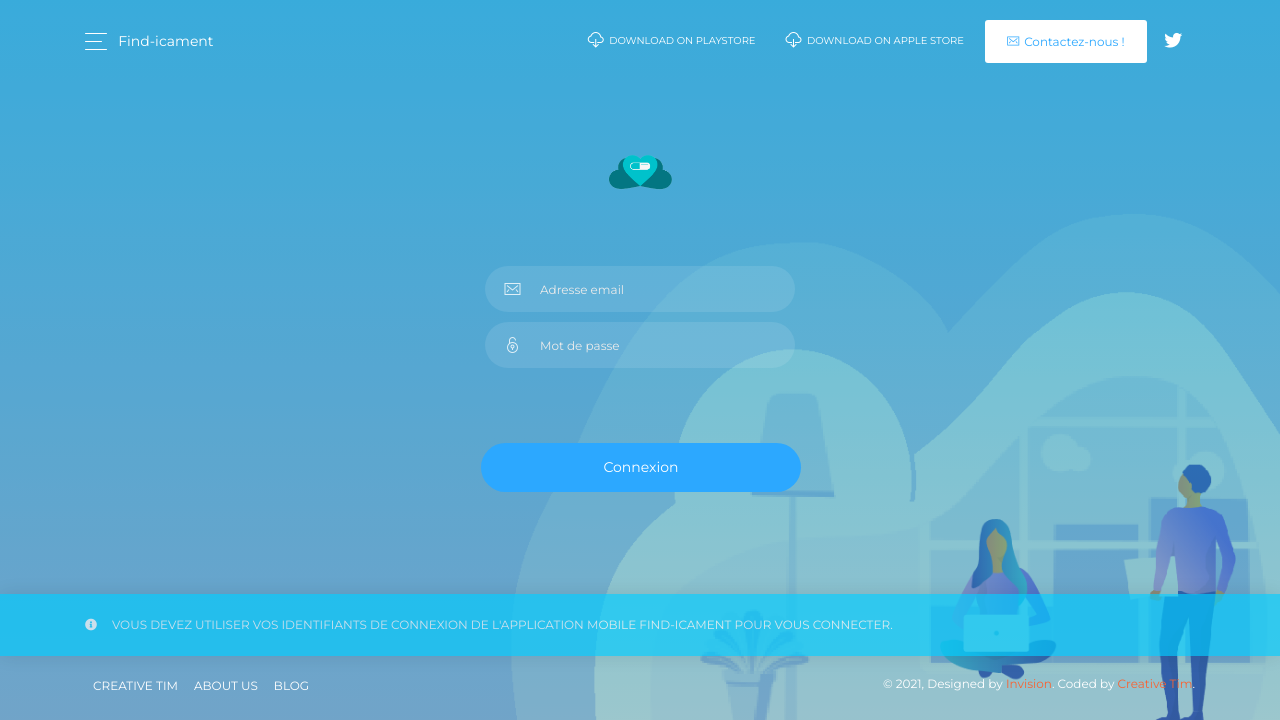
Repository: sdeschaepmeester/samanthawebsite
Page: /login-page
These files come from the project's save history. The page is drawn as it stood at one moment and after the next save; the edit follows.
The browser window is 1280 px wide. The pictures show the whole page.
The project was rebuilt for these pictures with package versions that can differ from the ones it lists, and the page was loaded fresh each time. Also part of the build but not shown: src/assets/demo/nucleo-icons-page-styles.css, src/components/Navbars/IndexNavbar.js, src/components/Headers/IndexHeader.js, src/components/Footers/DarkFooter.js, src/views/index-sections/Images.js, src/views/index-sections/Introduction.js, src/views/index-sections/BasicElements.js, src/views/index-sections/Navbars.js and 20 more.

Above is the page before, as saved 2021-06-01 11:55:35.

After the next save:
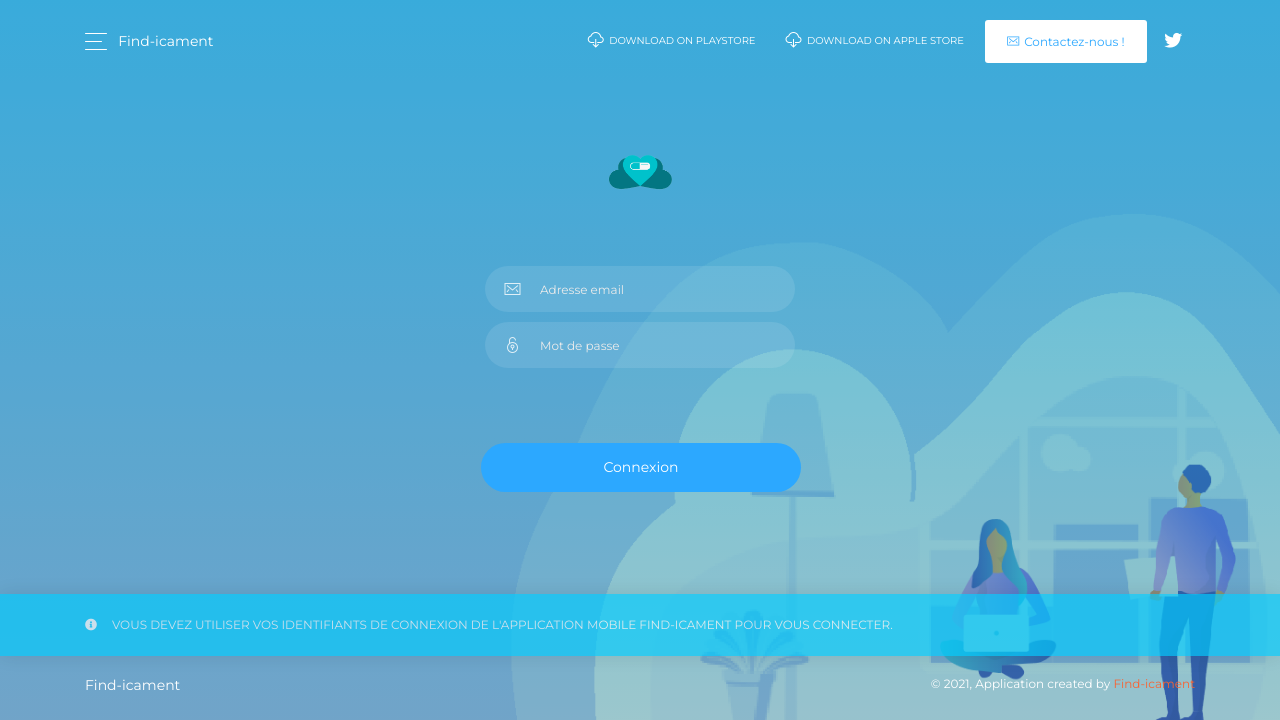
Saved 13 min 35 s later.
--- a/src/components/Footers/TransparentFooter.js
+++ b/src/components/Footers/TransparentFooter.js
@@ -11,47 +11,18 @@ function TransparentFooter() {
         <nav>
           <ul>
             <li>
-              <a
-                href="https://www.creative-tim.com?ref=nukr-transparent-footer"
-                target="_blank"
-              >
-                Creative Tim
-              </a>
-            </li>
-            <li>
-              <a
-                href="http://presentation.creative-tim.com?ref=nukr-transparent-footer"
-                target="_blank"
-              >
-                About Us
-              </a>
-            </li>
-            <li>
-              <a
-                href="http://blog.creative-tim.com?ref=nukr-transparent-footer"
-                target="_blank"
-              >
-                Blog
-              </a>
+                Find-icament
             </li>
           </ul>
         </nav>
         <div className="copyright" id="copyright">
-          © {new Date().getFullYear()}, Designed by{" "}
+          © {new Date().getFullYear()}, Application created by{" "}
           <a
             href="https://www.invisionapp.com?ref=nukr-transparent-footer"
             target="_blank"
           >
-            Invision
+            Find-icament
           </a>
-          . Coded by{" "}
-          <a
-            href="https://www.creative-tim.com?ref=nukr-transparent-footer"
-            target="_blank"
-          >
-            Creative Tim
-          </a>
-          .
         </div>
       </Container>
     </footer>
